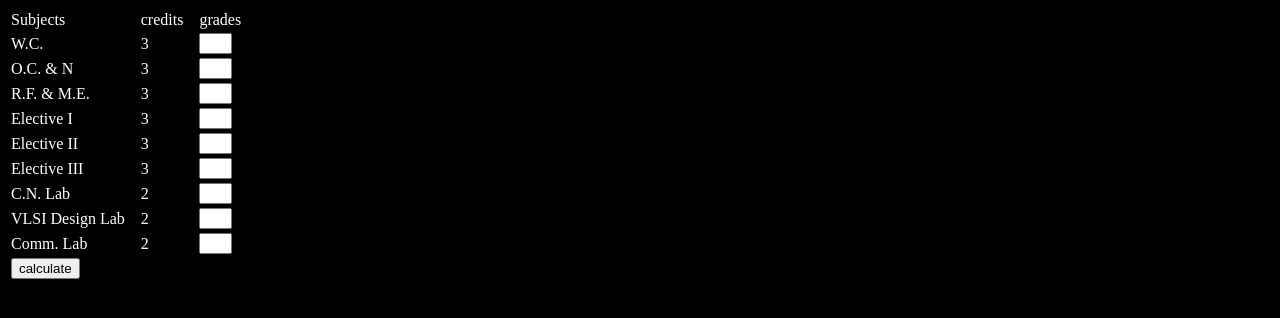
Repository: vigineshs/Mobile-Applications
Page: AnnaUniv GPA Calc/AnnaUniv GPA Calculator w/assets/www/ece08sem7.html
An editor plug-in stored every save of this project. The page is shown before and after the next save, followed by the edit.
The browser window is 1280 px wide. The pictures show the whole page.

Above is the page before, as saved 2012-05-04 09:36:28.

### AnnaUniv GPA Calc/AnnaUniv GPA Calculator w/assets/www/ece08sem7.html
<!DOCTYPE HTML>
<html>
<head>
<title>GPA</title>
<script type="text/javascript" charset="utf-8" src="/AnnaUniv GPA Calculator/assets/www/cordova-1.7.0.js"></script>
<script type="text/javascript">
function f()
{
var credits=28;
var t=document.f1.t1.value;
var s1=0;
if(t == "S" || t=="s")
s1 = 10*3;
else if(t == "A" || t=="a")
s1 = 9*3;
else if(t == "B" || t=="b")
s1 = 8*3;
else if(t == "C" || t=="c")
s1 = 7*3;
else if(t == "D" || t=="d")
s1 = 6*3;
else if(t == "E" || t=="e")
s1 = 5*3;
else if(t=="U" || t=="u")
credits-=3;
else
{
window.alert("invalid grade in sub 1");
exit(0);
}

var t=document.f1.t2.value;
if(t == "S" || t=="s")
s1 += 10*3;
else if(t == "A" || t=="a")
s1 += 9*3;
else if(t == "B" || t=="b")
s1 += 8*3;
else if(t == "C" || t=="c")
s1 += 7*3;
else if(t == "D" || t=="d")
s1 += 6*3;
else if(t == "E" || t=="e")
s1 += 5*3;
else if(t=="U" || t=="u")
credits-=3;
else
{
window.alert("invalid grade in sub 2");
exit(0);
}

var t=document.f1.t3.value;
if(t == "S" || t=="s")
s1 += 10*3;
else if(t == "A" || t=="a")
s1 += 9*3;
else if(t == "B" || t=="b")
s1 += 8*3;
else if(t == "C" || t=="c")
s1 += 7*3;
else if(t == "D" || t=="d")
s1 += 6*3;
else if(t == "E" || t=="e")
s1 += 5*3;
else if(t=="U" || t=="u")
credits-=3;
else
{
window.alert("invalid grade in sub 3");
exit(0);
}

var t=document.f1.t4.value;
if(t == "S" || t=="s")
s1 += 10*3;
else if(t == "A" || t=="a")
s1 += 9*3;
else if(t == "B" || t=="b")
s1 += 8*3;
else if(t == "C" || t=="c")
s1 += 7*3;
else if(t == "D" || t=="d")
s1 += 6*3;
else if(t == "E" || t=="e")
s1 += 5*3;
else if(t=="U" || t=="u")
credits-=3;
else
{
window.alert("invalid grade in sub 4");
exit(0);
}

var t=document.f1.t5.value;
if(t == "S" || t=="s")
s1 += 10*3;
else if(t == "A" || t=="a")
s1 += 9*3;
else if(t == "B" || t=="b")
s1 += 8*3;
else if(t == "C" || t=="c")
s1 += 7*3;
else if(t == "D" || t=="d")
s1 += 6*3;
else if(t == "E" || t=="e")
s1 += 5*3;
else if(t=="U" || t=="u")
credits-=3;
else
{
window.alert("invalid grade in sub 5");
exit(0);
}

var t=document.f1.t6.value;
if(t == "S" || t=="s")
s1 += 10*3;
else if(t == "A" || t=="a")
s1 += 9*3;
else if(t == "B" || t=="b")
s1 += 8*3;
else if(t == "C" || t=="c")
s1 += 7*3;
else if(t == "D" || t=="d")
s1 += 6*3;
else if(t == "E" || t=="e")
s1 += 5*3;
else if(t=="U" || t=="u")
credits-=3;
else
{
window.alert("invalid grade in sub 6");
exit(0);
}

var t=document.f1.t7.value;
if(t == "S" || t=="s")
s1 += 10*2;
else if(t == "A" || t=="a")
s1 += 9*2;
else if(t == "B" || t=="b")
s1 += 8*2;
else if(t == "C" || t=="c")
s1 += 7*2;
else if(t == "D" || t=="d")
s1 += 6*2;
else if(t == "E" || t=="e")
s1 += 5*2;
else if(t=="U" || t=="u")
credits-=2;
else
{
window.alert("invalid grade in sub 7");
exit(0);
}

var t=document.f1.t8.value;
if(t == "S" || t=="s")
s1 += 10*2;
else if(t == "A" || t=="a")
s1 += 9*2;
else if(t == "B" || t=="b")
s1 += 8*2;
else if(t == "C" || t=="c")
s1 += 7*2;
else if(t == "D" || t=="d")
s1 += 6*2;
else if(t == "E" || t=="e")
s1 += 5*2;
else if(t=="U" || t=="u")
credits-=2;
else
{
window.alert("invalid grade in sub 8");
exit(0);
}

var t=document.f1.t9.value;
if(t == "S" || t=="s")
s1 += 10*2;
else if(t == "A" || t=="a")
s1 += 9*2;
else if(t == "B" || t=="b")
s1 += 8*2;
else if(t == "C" || t=="c")
s1 += 7*2;
else if(t == "D" || t=="d")
s1 += 6*2;
else if(t == "E" || t=="e")
s1 += 5*2;
else if(t=="U" || t=="u")
credits-=2;
else
{
window.alert("invalid grade in sub 9");
exit(0);
}

window.alert(s1/credits);

}
</script>

</head>
<body style="background-color:black; color:white" >
<form name="f1">
<table>
<tr><td>Subjects</td><td>&nbsp;&nbsp;&nbsp;credits</td><td>&nbsp;&nbsp;&nbsp;grades</td>
<tr>
<td>
W.C.</td><td>&nbsp;&nbsp;&nbsp;3</td> <td>&nbsp;&nbsp;&nbsp;<input type="text" size="1" name="t1" /></td></tr>
<tr><td>O.C. & N</td><td>&nbsp;&nbsp;&nbsp;3</td> <td>&nbsp;&nbsp;&nbsp;<input type="text" size="1" name="t2" /></td></tr>
<tr><td>R.F. & M.E.</td><td>&nbsp;&nbsp;&nbsp;3</td><td>&nbsp;&nbsp;&nbsp;<input type="text" size="1" name="t3" /></td></tr>
<tr><td>Elective I</td> <td>&nbsp;&nbsp;&nbsp;3</td><td>&nbsp;&nbsp;&nbsp;<input type="text" size="1" name="t4" /></td></tr>
<tr><td>Elective II</td><td>&nbsp;&nbsp;&nbsp;3</td> <td>&nbsp;&nbsp;&nbsp;<input type="text" size="1" name="t5" /></td></tr>
<tr><td>Elective III</td> <td>&nbsp;&nbsp;&nbsp;3</td><td>&nbsp;&nbsp;&nbsp;<input type="text" size="1" name="t6" /></td></tr>
<tr><td>C.N. Lab</td><td>&nbsp;&nbsp;&nbsp;2</td> <td>&nbsp;&nbsp;&nbsp;<input type="text" size="1" name="t7" /></td></tr>
<tr><td>VLSI Design Lab </td><td>&nbsp;&nbsp;&nbsp;2</td> <td>&nbsp;&nbsp;&nbsp;<input type="text" size="1" name="t8" /></td></tr>
<tr><td>Comm. Lab</td><td>&nbsp;&nbsp;&nbsp;2</td> <td>&nbsp;&nbsp;&nbsp;<input type="text" size="1" name="t9" /></td></tr>
<tr colspan="2"><td><input type="submit" onclick="f();" value="calculate" /></td></tr>

</table>
</form>
</body>
</html>

Loaded but not shown: AnnaUniv GPA Calc/AnnaUniv GPA Calculator w/assets/www/cordova-1.7.0.js (library)

After the next save:
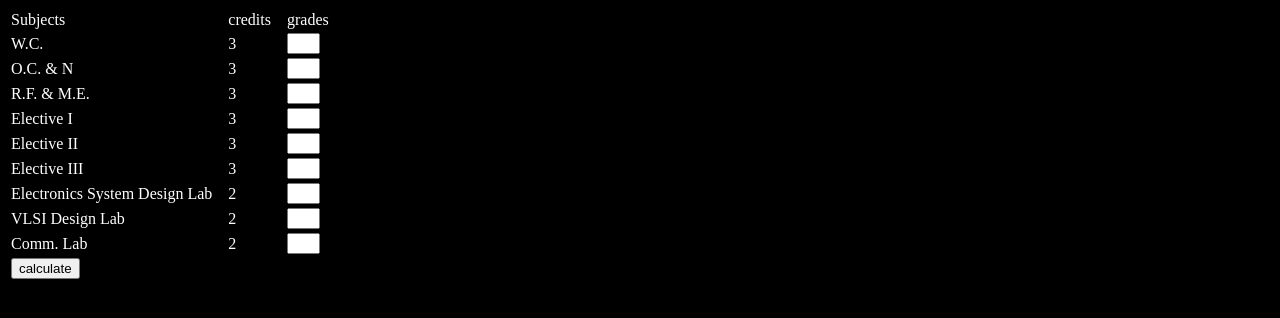
Saved 20 s later.
--- a/AnnaUniv GPA Calc/AnnaUniv GPA Calculator w/assets/www/ece08sem7.html
+++ b/AnnaUniv GPA Calc/AnnaUniv GPA Calculator w/assets/www/ece08sem7.html
@@ -215,7 +215,7 @@ W.C.</td><td>&nbsp;&nbsp;&nbsp;3</td> <td>&nbsp;&nbsp;&nbsp;<input type="text" s
 <tr><td>Elective I</td> <td>&nbsp;&nbsp;&nbsp;3</td><td>&nbsp;&nbsp;&nbsp;<input type="text" size="1" name="t4" /></td></tr>
 <tr><td>Elective II</td><td>&nbsp;&nbsp;&nbsp;3</td> <td>&nbsp;&nbsp;&nbsp;<input type="text" size="1" name="t5" /></td></tr>
 <tr><td>Elective III</td> <td>&nbsp;&nbsp;&nbsp;3</td><td>&nbsp;&nbsp;&nbsp;<input type="text" size="1" name="t6" /></td></tr>
-<tr><td>C.N. Lab</td><td>&nbsp;&nbsp;&nbsp;2</td> <td>&nbsp;&nbsp;&nbsp;<input type="text" size="1" name="t7" /></td></tr>
+<tr><td>Electronics  System Design Lab</td><td>&nbsp;&nbsp;&nbsp;2</td> <td>&nbsp;&nbsp;&nbsp;<input type="text" size="1" name="t7" /></td></tr>
 <tr><td>VLSI Design Lab </td><td>&nbsp;&nbsp;&nbsp;2</td> <td>&nbsp;&nbsp;&nbsp;<input type="text" size="1" name="t8" /></td></tr>
 <tr><td>Comm. Lab</td><td>&nbsp;&nbsp;&nbsp;2</td> <td>&nbsp;&nbsp;&nbsp;<input type="text" size="1" name="t9" /></td></tr>
 <tr colspan="2"><td><input type="submit" onclick="f();" value="calculate" /></td></tr>
